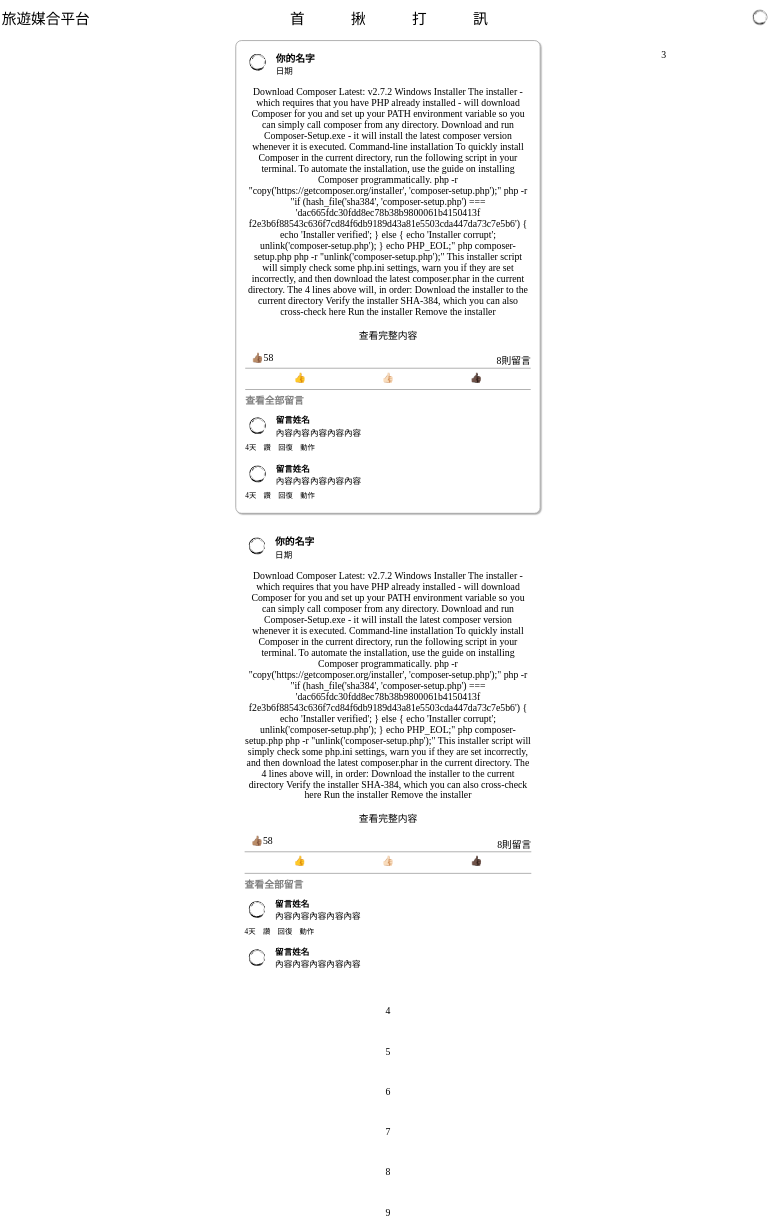
Repository: yuchiyang123/index_view
Page: http://localhost/
The author's editor kept a copy of each file at every save. The page is drawn from the files as they stood at one save, then again after the next save.
The browser window is 1280 px wide. The pictures show the whole page, at 61% of full size.
The page is run by PHP 8.4 with error messages shown; the project is at /var/www/html/.

Above is the page before, as saved 2024-03-27 18:53:11.

### index.php
<style>

body {
    display: block;
    margin: 0; /* 设置 margin 为 0 */
}
.grid-container {

  display: grid;
  grid-template-columns: auto 500px auto;
  grid-template-rows:auto;
  grid-gap: 10px;
  grid-template-areas:
    "A B C";

}

.grid-item {
    padding: 15px;
    text-align: center;

}
.cut{
    border: 1px solid gray;
    border-radius: 10px;
    box-shadow: 2px 2px 2px rgba(0, 0, 0, 0.3);
}
.first{
    grid-area: A;
    min-height: 800px;
}
.end{
    grid-area: C;
}
.mid{
    grid-area: B;

    grid-gap: 10px;
}
.limt{
    min-height: 350px;
}
.inner-grid {
    display: inline-grid;
    width: 30%;
    transition: background-color 0.3s;
    padding-top: 5px;
    padding-bottom: 10px;
    text-align: center;
}
.inner-grid:hover {
    background-color: rgba(128, 128, 128, 0.4);
}
.line{
    border-top: 1px solid gray;
    border-bottom: 1px solid gray;
}
.respond{

    padding-bottom: 8px;
    text-align: left;
    padding-left:10px;
}
.respond > div {
    display: inline-block;
}
.message{
    text-align: right;
}
.respond, .message {
    display: inline-block;
}
.container {
    display: flex;
    justify-content: space-between;
    align-items: center;
}

.popup {
    display: none;
    position: fixed;
    top: 50%;
    left: 50%;
    transform: translate(-50%, -50%);
    width: 500px;
    padding: 20px;
    background-color: #fff;
    z-index: 9998;
    max-width: 500px;
    max-height: 800px;
    overflow-y: auto;

}

.trigger a {
    cursor: pointer;
}

.blur-background {
    filter: blur(0px);
}
.box{

}
.imgsize{
    width: 40px;
    height: auto;

}

.image-container {
    float: left;
    margin-right: 10px;
}

.text-container {
    overflow: hidden;
}
.user{

    text-align: left;
    font-weight: bold;

}
.date{
    font-size: 14px;
    text-align: left;
}
a{
    text-decoration: none;
    color: black;
}
.overlay {
    display: none;
    position: fixed;
    top: 0;
    left: 0;
    width: 100%;
    height: 100%;
    background-color: rgba(0, 0, 0, 0.5);
    z-index: 9997;
  }
  .SeeAllMessage{
    padding-top: 5px;
    text-align: left;
  }
  .SeeAllMessage a{
    text-align: left;
    color: gray;
    font-weight: bold;
  }
  .LeaveMessage{
    margin-top: 10px;
    padding-bottom : 5px;

  }

  .LeaveMessageall{
    border-radius: 5px;
    display: block;

  }
  .LeaveMessageUsernameIMG{
    width: 40px;
    height: auto;
    background-color:#ffffff;
    padding-bottom: 6px;

  }
  .LeaveMessageimgdiv{
    float: left;
    margin-right: 10px;
    display: block;
  }
  .LeaveMessageUsername{
    text-align: left;
    font-size: 14px;
    font-weight: bold;
  }
  .LeaveMessageMain{
    text-align: left;
    font-size: 14px;
    padding-bottom: 6px;

  }
  .LeaveMessageAction{
    font-size: 12px;
    text-align: left;
  }
</style>
<html>
<body>
<?php
    include('header.php');
?>
  <div id="box" class="box">
    <div class="grid-container">

        <div class="grid-item">
            <div class="first">
                <label></label>
            </div>
        </div>
      <div class="grid-item"><div class="end">3</div></div>
        <div class="mid">
        <div class="cut">
          <div class="grid-item">
            <div class="limt">
            <div class="image-container">
                <img src="img/2-1.png" class="imgsize">
                        </div>
                <div class="text-container">
                    <div class="user"><a href="#"><div><a href="#">你的名字</a></div></a></div>
                    <div class="date"><div><a href="#">日期</a></div></div>
                </div>
                <div class="clearfix"></div>
                <p class="main">
                Download Composer Latest: v2.7.2
                    Windows Installer
                    The installer - which requires that you have PHP already installed - will download Composer for you and set up your PATH environment variable so you can simply call composer from any directory.

                    Download and run Composer-Setup.exe - it will install the latest composer version whenever it is executed.

                    Command-line installation
                    To quickly install Composer in the current directory, run the following script in your terminal. To automate the installation, use the guide on installing Composer programmatically.

                    php -r "copy('https://getcomposer.org/installer', 'composer-setup.php');"
                    php -r "if (hash_file('sha384', 'composer-setup.php') === 'dac665fdc30fdd8ec78b38b9800061b4150413f
                    f2e3b6f88543c636f7cd84f6db9189d43a81e5503cda447da73c7e5b6') { echo 'Installer verified'; } else { echo 'Installer corrupt'; unlink('composer-setup.php'); } echo PHP_EOL;"
                    php composer-setup.php
                    php -r "unlink('composer-setup.php');"
                    This installer script will simply check some php.ini settings, warn you if they are set incorrectly, and then download the latest composer.phar in the current directory. The 4 lines above will, in order:

                    Download the installer to the current directory
                    Verify the installer SHA-384, which you can also cross-check here
                    Run the installer
                    Remove the installer<div class="trigger"><a href="#">查看完整内容</a></div>
                </p>
                <div class="container">
                    <div class="respond"><a href="#">👍🏽</a><div><a href="#">58</a></div></div>
                    <div class="message"><div><a href="#">8則留言</a></div></div>
                </div>
                <div class="line">
                    <div class="inner-grid">👍</div>
                    <div class="inner-grid">👍🏻</div>
                    <div class="inner-grid">👍🏿</div>
                </div>
                <div class="SeeAllMessage"><a href="#">查看全部留言</a></div>
                <div class="LeaveMessage">
                    <div><a href="#"></a></div>
                    <div>
                        <div class="LeaveMessageimgdiv">
                            <img src="img/2-1.png" class="LeaveMessageUsernameIMG">
                        </div>
                        <div class="LeaveMessageall">
                            <div class="LeaveMessageUsername">
                                留言姓名
                            </div>
                            <div class="LeaveMessageMain">
                                內容內容內容內容內容
                            </div>
                            <div class="LeaveMessageAction">
                                <a href="#">4天</a>&emsp;<a href="#">讚</a>&emsp;<a href="#">回復</a>&emsp;<a href="#">動作</a>
                            </div>
                        </div>

                    </div>
                </div>
                <div class="LeaveMessage">
                    <div><a href="#"></a></div>
                    <div>
                        <div class="LeaveMessageimgdiv">
                            <img src="img/2-1.png" class="LeaveMessageUsernameIMG">
                        </div>
                        <div class="LeaveMessageall">
                            <div class="LeaveMessageUsername">
                                留言姓名
                            </div>
                            <div class="LeaveMessageMain">
                                內容內容內容內容內容
                            </div>
                            <div class="LeaveMessageAction">
                                <a href="#">4天</a>&emsp;<a href="#">讚</a>&emsp;<a href="#">回復</a>&emsp;<a href="#">動作</a>
                            </div>
                        </div>

                    </div>
                </div>
            </div>
            </div>
        </div><br>
        <div class="mid">
          <div class="grid-item">
            <div class="limt">
            <div class="image-container">
                <img src="img/2-1.png" class="imgsize">
                        </div>
                <div class="text-container">
                    <div class="user"><a href="#"><div><a href="#">你的名字</a></div></a></div>
                    <div class="date"><div><a href="#">日期</a></div></div>
                </div>
                <div class="clearfix"></div>
                <p class="main">
                Download Composer Latest: v2.7.2
                    Windows Installer
                    The installer - which requires that you have PHP already installed - will download Composer for you and set up your PATH environment variable so you can simply call composer from any directory.

                    Download and run Composer-Setup.exe - it will install the latest composer version whenever it is executed.

                    Command-line installation
                    To quickly install Composer in the current directory, run the following script in your terminal. To automate the installation, use the guide on installing Composer programmatically.

                    php -r "copy('https://getcomposer.org/installer', 'composer-setup.php');"
                    php -r "if (hash_file('sha384', 'composer-setup.php') === 'dac665fdc30fdd8ec78b38b9800061b4150413f
                    f2e3b6f88543c636f7cd84f6db9189d43a81e5503cda447da73c7e5b6') { echo 'Installer verified'; } else { echo 'Installer corrupt'; unlink('composer-setup.php'); } echo PHP_EOL;"
                    php composer-setup.php
                    php -r "unlink('composer-setup.php');"
                    This installer script will simply check some php.ini settings, warn you if they are set incorrectly, and then download the latest composer.phar in the current directory. The 4 lines above will, in order:

                    Download the installer to the current directory
                    Verify the installer SHA-384, which you can also cross-check here
                    Run the installer
                    Remove the installer<div class="trigger"><a href="#">查看完整内容</a></div>
                </p>
                <div class="container">
                    <div class="respond"><a href="#">👍🏽</a><div><a href="#">58</a></div></div>
                    <div class="message"><div><a href="#">8則留言</a></div></div>
                </div>
                <div class="line">
                    <div class="inner-grid">👍</div>
                    <div class="inner-grid">👍🏻</div>
                    <div class="inner-grid">👍🏿</div>
                </div>
                <div class="SeeAllMessage"><a href="#">查看全部留言</a></div>
                <div class="LeaveMessage">
                    <div><a href="#"></a></div>
                    <div>
                        <div class="LeaveMessageimgdiv">
                            <img src="img/2-1.png" class="LeaveMessageUsernameIMG">
                        </div>
                        <div class="LeaveMessageall">
                            <div class="LeaveMessageUsername">
                                留言姓名
                            </div>
                            <div class="LeaveMessageMain">
                                內容內容內容內容內容
                            </div>
                            <div class="LeaveMessageAction">
                                <a href="#">4天</a>&emsp;<a href="#">讚</a>&emsp;<a href="#">回復</a>&emsp;<a href="#">動作</a>
                            </div>
                        </div>

                    </div>
                </div>
                <div class="LeaveMessage">
                    <div><a href="#"></a></div>
                    <div><div class="LeaveMessageimgdiv"><img src="img/2-1.png" class="LeaveMessageUsernameIMG"></div><div class="LeaveMessageUsername">留言姓名</div><div class="LeaveMessageMain">內容內容內容內容內容</div></div>
                </div>
            </div>
        </div><br>
          <div class="grid-item">4</div><br>
          <div class="grid-item">5</div><br>
          <div class="grid-item">6</div><br>
          <div class="grid-item">7</div><br>
          <div class="grid-item">8</div><br>
          <div class="grid-item">9</div>
          <div class="overlay" id="overlay"></div>
          <div id="popup" class="popup">
          <div class="mid">
        <div class="cut">
          <div class="grid-item">
            <div class="limt">
            <div class="image-container">
                <img src="img/2-1.png" class="imgsize">
                        </div>
                <div class="text-container">
                    <div class="user"><a href="#"><div><a href="#">你的名字</a></div></a></div>
                    <div class="date"><div><a href="#">日期</a></div></div>
                </div>
                <div class="clearfix"></div>
                <p class="main">
                Download Composer Latest: v2.7.2
                    Windows Installer
                    The installer - which requires that you have PHP already installed - will download Composer for you and set up your PATH environment variable so you can simply call composer from any directory.

                    Download and run Composer-Setup.exe - it will install the latest composer version whenever it is executed.

                    Command-line installation
                    To quickly install Composer in the current directory, run the following script in your terminal. To automate the installation, use the guide on installing Composer programmatically.

                    php -r "copy('https://getcomposer.org/installer', 'composer-setup.php');"
                    php -r "if (hash_file('sha384', 'composer-setup.php') === 'dac665fdc30fdd8ec78b38b9800061b4150413f
                    f2e3b6f88543c636f7cd84f6db9189d43a81e5503cda447da73c7e5b6') { echo 'Installer verified'; } else { echo 'Installer corrupt'; unlink('composer-setup.php'); } echo PHP_EOL;"
                    php composer-setup.php
                    php -r "unlink('composer-setup.php');"
                    This installer script will simply check some php.ini settings, warn you if they are set incorrectly, and then download the latest composer.phar in the current directory. The 4 lines above will, in order:

                    Download the installer to the current directory
                    Verify the installer SHA-384, which you can also cross-check here
                    Run the installer
                    Remove the installer<div class="trigger"><a href="#">查看完整内容</a></div>
                </p>
                <div class="container">
                    <div class="respond"><a href="#">👍🏽</a><div><a href="#">58</a></div></div>
                    <div class="message"><div><a href="#">8則留言</a></div></div>
                </div>
                <div class="line">
                    <div class="inner-grid">👍</div>
                    <div class="inner-grid">👍🏻</div>
                    <div class="inner-grid">👍🏿</div>
                </div>
                <div class="SeeAllMessage"><a href="#">查看全部留言</a></div>
                <div class="LeaveMessage">
                    <div><a href="#"></a></div>
                    <div>
                        <div class="LeaveMessageimgdiv">
                            <img src="img/2-1.png" class="LeaveMessageUsernameIMG">
                        </div>
                        <div class="LeaveMessageall">
                            <div class="LeaveMessageUsername">
                                留言姓名
                            </div>
                            <div class="LeaveMessageMain">
                                內容內容內容內容內容
                            </div>
                            <div class="LeaveMessageAction">
                                <a href="#">4天</a>&emsp;<a href="#">讚</a>&emsp;<a href="#">回復</a>&emsp;<a href="#">動作</a>
                            </div>
                        </div>

                    </div>
                </div>
                <div class="LeaveMessage">
                    <div><a href="#"></a></div>
                    <div>
                        <div class="LeaveMessageimgdiv">
                            <img src="img/2-1.png" class="LeaveMessageUsernameIMG">
                        </div>
                        <div class="LeaveMessageall">
                            <div class="LeaveMessageUsername">
                                留言姓名
                            </div>
                            <div class="LeaveMessageMain">
                                內容內容內容內容內容
                            </div>
                            <div class="LeaveMessageAction">
                                <a href="#">4天</a>&emsp;<a href="#">讚</a>&emsp;<a href="#">回復</a>&emsp;<a href="#">動作</a>
                            </div>
                        </div>

                    </div>
                </div>
                <div class="LeaveMessage">
                    <div><a href="#"></a></div>
                    <div>
                        <div class="LeaveMessageimgdiv">
                            <img src="img/2-1.png" class="LeaveMessageUsernameIMG">
                        </div>
                        <div class="LeaveMessageall">
                            <div class="LeaveMessageUsername">
                                留言姓名
                            </div>
                            <div class="LeaveMessageMain">
                                內容內容內容內容內容
                            </div>
                            <div class="LeaveMessageAction">
                                <a href="#">4天</a>&emsp;<a href="#">讚</a>&emsp;<a href="#">回復</a>&emsp;<a href="#">動作</a>
                            </div>
                        </div>

                    </div>
                </div><div class="LeaveMessage">
                    <div><a href="#"></a></div>
                    <div>
                        <div class="LeaveMessageimgdiv">
                            <img src="img/2-1.png" class="LeaveMessageUsernameIMG">
                        </div>
                        <div class="LeaveMessageall">
                            <div class="LeaveMessageUsername">
                                留言姓名
                            </div>
                            <div class="LeaveMessageMain">
                                內容內容內容內容內容
                            </div>
                            <div class="LeaveMessageAction">
                                <a href="#">4天</a>&emsp;<a href="#">讚</a>&emsp;<a href="#">回復</a>&emsp;<a href="#">動作</a>
                            </div>
                        </div>

                    </div>
                </div>
                <div class="LeaveMessage">
                    <div><a href="#"></a></div>
                    <div>
                        <div class="LeaveMessageimgdiv">
                            <img src="img/2-1.png" class="LeaveMessageUsernameIMG">
                        </div>
                        <div class="LeaveMessageall">
                            <div class="LeaveMessageUsername">
                                留言姓名
                            </div>
                            <div class="LeaveMessageMain">
                                內容內容內容內容內容
                            </div>
                            <div class="LeaveMessageAction">
                                <a href="#">4天</a>&emsp;<a href="#">讚</a>&emsp;<a href="#">回復</a>&emsp;<a href="#">動作</a>
                            </div>
                        </div>

                    </div>
                </div>
            </div>
            </div>
        </div><br>
            <!--div class="close"><a href="#">关闭</a></div-->
        </div>
        </div>


        </div>
    </div>
  </div>
  <script>
    var overlay = document.getElementById('overlay');
    var trigger = document.querySelector('.trigger a');
    var popup = document.getElementById('popup');
    var header = document.querySelector('.header');
    trigger.addEventListener('click', function(event) {
        event.preventDefault();
        popup.style.display = 'block';
        header.style.backgroundColor = 'rgba(0, 0, 0, 0.000001)';
        overlay.style.display = 'block';
        popup.style.border = '1px solid gray';
        popup.style.boxShadow = '0px 0px 15px rgba(0, 0, 0, 0.7)';
        /*
        document.body.classList.add('blur-background');
        popup.style.filter = 'none';// 移除 body 元素的模糊效果*/
    });
    var closeBtn = document.querySelector('.close a');
    /*
    closeBtn.addEventListener('click', function(event) {
        event.preventDefault();
        popup.style.display = 'none';
        popup.style.boxShadow = 'none';
    });
    */
    overlay.addEventListener('click', function(event) {
        event.preventDefault();
        event.stopPropagation();
        popup.style.display = 'none';
        overlay.style.display = 'none' ;
        popup.style.boxShadow = 'none';
        header.style.backgroundColor = '#ffffff';
    });
  </script>
</body>
</html>

### header.php
<script type="module" src="https://unpkg.com/ionicons@7.1.0/dist/ionicons/ionicons.esm.js"></script>
<script nomodule src="https://unpkg.com/ionicons@7.1.0/dist/ionicons/ionicons.js"></script>
<style>
   .header {
    position: sticky; /* 将标题栏固定在容器内 */
    top: 0; /* 将标题栏固定在容器的顶部 */
    z-index: 9999; /* 确保标题栏位于其他内容的上层 */
    /* 其他样式，例如背景颜色、文本样式等 */
    grid-area: header;
    background-color: #ffff;
    width: 100%; /* 设置标题栏的宽度为100%，使其填满整个屏幕 */
    height: 56px;
    margin-bottom: 10px;
    box-sizing: border-box;
}
ion-icon {
  font-size: 35px;
}
.profileimg{
    width: 35px;
    height: auto;
}

.headerdiv{
    display: grid;
    grid-template-columns: 150px auto repeat(4, 100px) 35px 50px auto 70px;
    grid-template-rows: 56px;
    text-align:center;
    margin: auto;
    font-size: 24px;
}
.headerlogomargin{
    margin: auto;
}
.headerprofileimgmargin{
    margin: auto;
}
.headeractionmargin{
    margin: auto;
}
.nav-link {
    text-decoration: none;
    color: black;
    cursor: pointer;
}
.nav-link.underline {
    text-decoration: underline;
}

</style>
<header class="header">
    <div >
        <div class="headerdiv">
            <div class="headerlogomargin">
                旅遊媒合平台
            </div>
            <div></div>
            <div class="headeractionmargin">
                <a href="#" class="nav-link" id="link1" onclick="toggleUnderline(event)">首</a>
            </div>
            <div class="headeractionmargin">
                <a href="#" class="nav-link" id="link2" onclick="toggleUnderline(event)">揪</a>
            </div>
            <div class="headeractionmargin">
                <a href="#" class="nav-link" id="link3" onclick="toggleUnderline(event)">打</a>
            </div>
            <div class="headeractionmargin">
                <a href="#" class="nav-link" id="link4" onclick="toggleUnderline(event)">訊</a>
            </div>
            <div ></div>
            <div ></div>
            <div ></div>
            <div class="headerprofileimgmargin">
                <img src="img/2-1.png" class="profileimg">
            </div>
        </div>
    </div>
</header>
<script>
    window.onload = function() {
        const links = document.querySelectorAll('.nav-link');
        const storedLinkId = sessionStorage.getItem('underlineLinkId');
        if (storedLinkId) {
            const storedLink = document.getElementById(storedLinkId);
            if (storedLink) {
                storedLink.classList.add('underline');
            }
        }
    };

    function toggleUnderline(event) {
        const links = document.querySelectorAll('.nav-link');
        links.forEach(link => {
            link.classList.remove('underline');
        });
        event.target.classList.add('underline');
        // 存储当前链接的 id
        sessionStorage.setItem('underlineLinkId', event.target.id);
    }
</script>

After the next save:
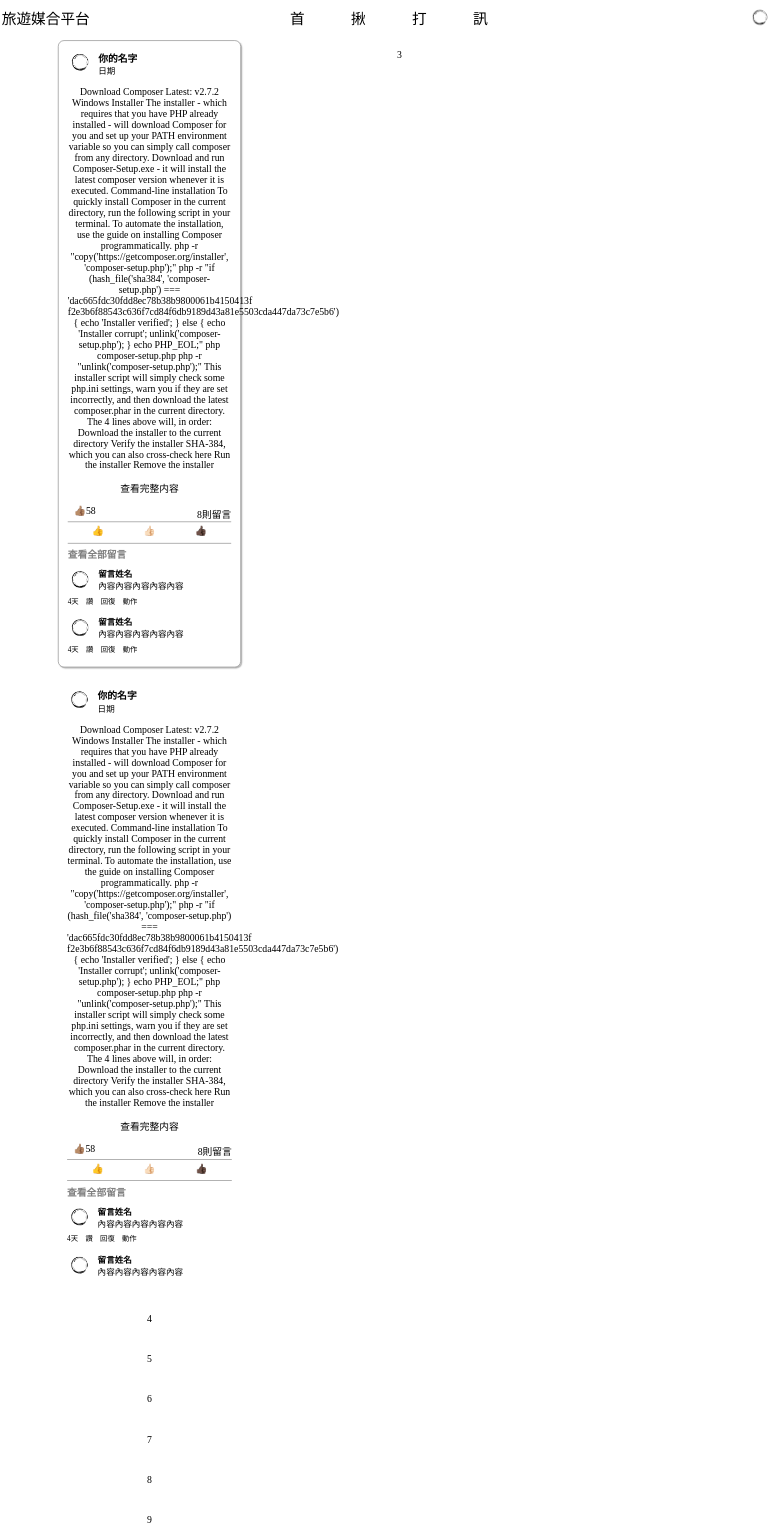
Saved 3 min 40 s later.
--- a/index.php
+++ b/index.php
@@ -7,7 +7,7 @@ body {
 .grid-container {
 
   display: grid;
-  grid-template-columns: auto 500px auto;
+  grid-template-columns: auto 300px 500px auto 300px ;
   grid-template-rows:auto;
   grid-gap: 10px;
   grid-template-areas:
